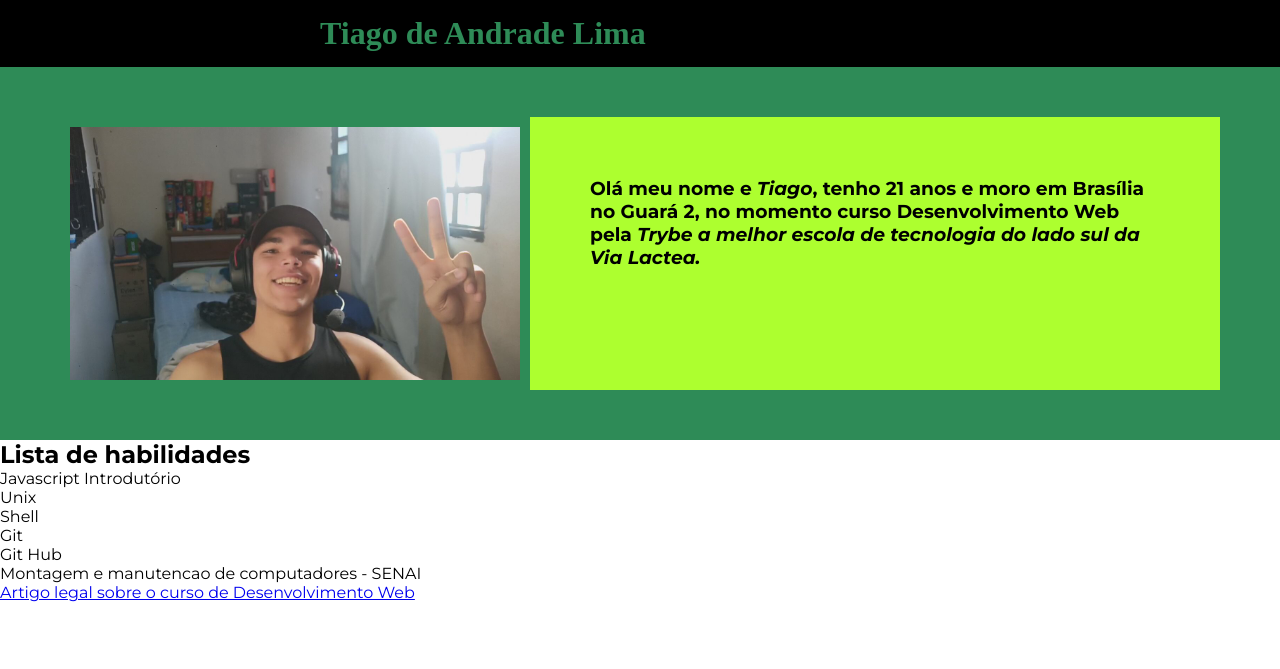
Repository: Batatiago/Batatiago.github.io
Page: index.html
The author's editor kept a copy of each file at every save. The page is drawn from the files as they stood at one save, then again after the next save.
The browser window is 1280 px wide. The pictures show the whole page.

Above is the page before, as saved 2023-06-29 11:37:33.

After the next save:
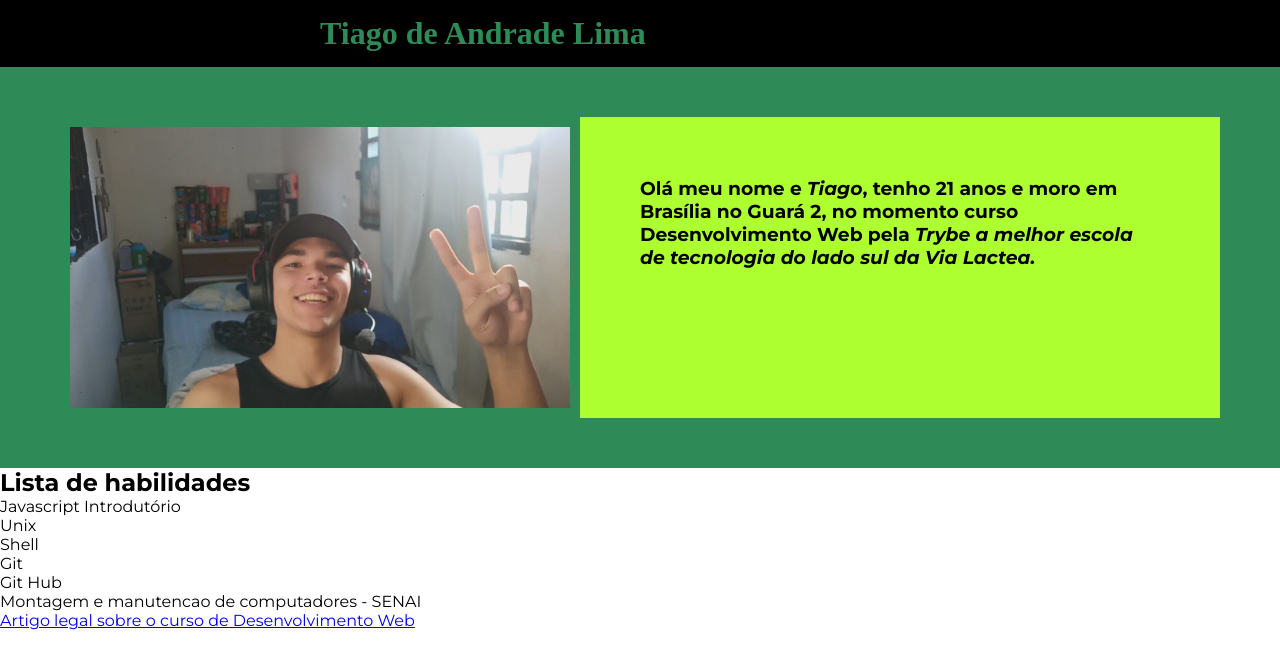
Saved 10 s later.
--- a/style.css
+++ b/style.css
@@ -34,7 +34,7 @@ body {
 }
 
 #foto {
-    width: 450px;
+    width: 500px;
     flex: content;
     margin: 10px;
 }
